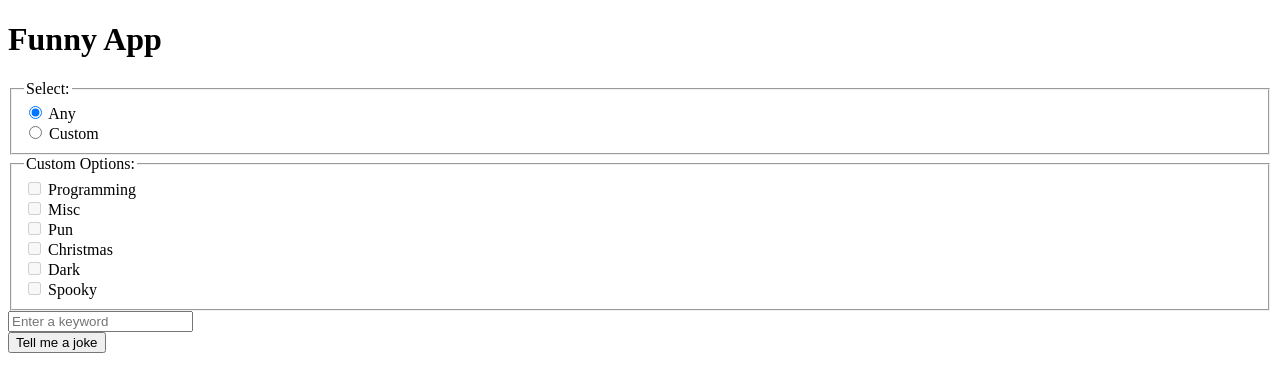
Repository: kaitlynMidori/dadJokeApi
Page: index.html
These files come from the project's save history. The page is drawn as it stood at one moment and after the next save; the edit follows.
The browser window is 1280 px wide. The pictures show the whole page.
Some web libraries are served in a nearby version.

Above is the page before, as saved 2021-01-06 13:10:08.

After the next save:
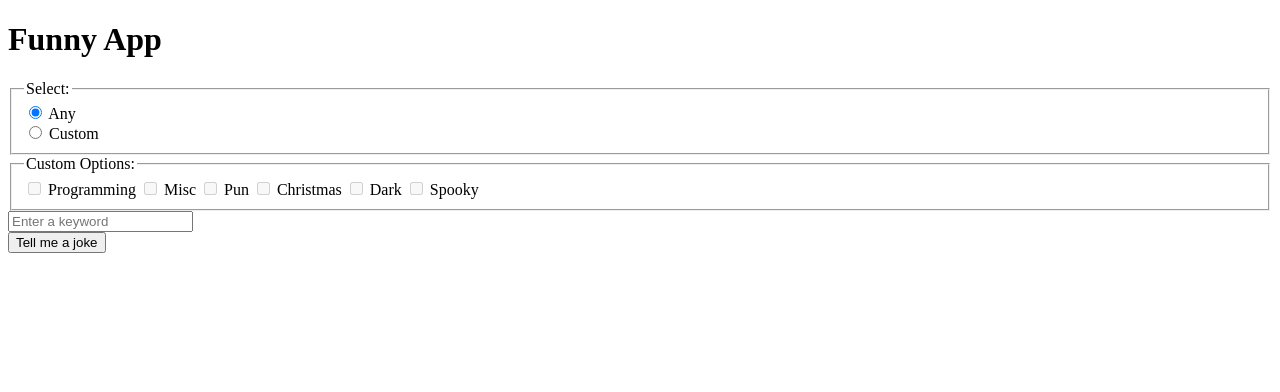
Saved 2 min 37 s later.
--- a/index.html
+++ b/index.html
@@ -26,27 +26,19 @@
                 <div id="form-check form-check-inline">
                   <input type="checkbox" id="coding" name="category" value="Programming">
                   <label for="coding">Programming</label>
-                </div>
-                <div id="form-check form-check-inline">
+
                   <input type="checkbox" id="misc" name="category" value="Miscellaneous">
                   <label for="misc">Misc</label>
-                </div>
-                <div id="form-check form-check-inline">
+
                     <input type="checkbox" id="pun" name="category" value="Pun">
                     <label for="pun">Pun</label>
-                  </div>
 
-                <div id="form-check form-check-inline">
                     <input type="checkbox" id="chris" name="category" value="Christmas">
                     <label for="chris">Christmas</label>
-                </div>
 
-                <div id="form-check form-check-inline">
                     <input type="checkbox" id="dark" name="category" value="dark">
                     <label for="dark">Dark</label>
-                </div>
 
-                <div id="form-check form-check-inline">
                     <input type="checkbox" id="spooky" name="category" value="spooky">
                     <label for="spooky">Spooky</label>
                 </div>
